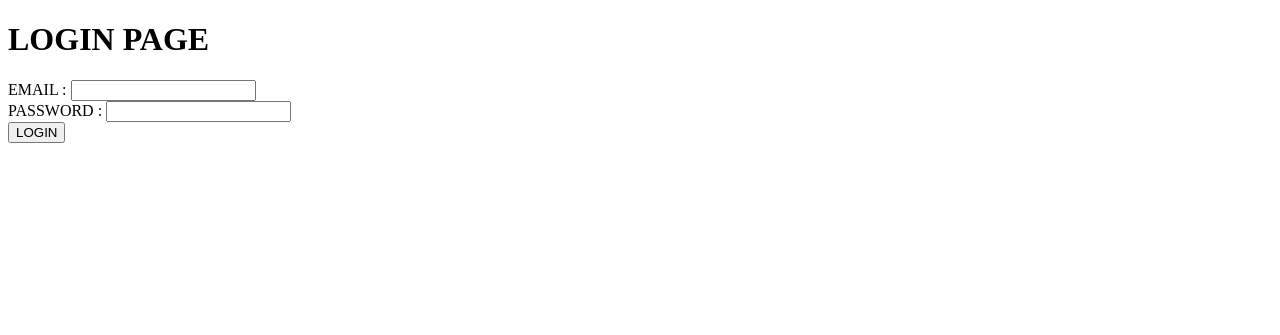
Repository: v-honey-b/Project02_BasicWebPage
Page: http://localhost/_jsp3_project/member/login.jsp
The author's editor kept a copy of each file at every save. The page is drawn from the files as they stood at one save, then again after the next save.
The browser window is 1280 px wide. The pictures show the whole page.
The page is served by Tomcat 9.

Above is the page before, as saved 2022-08-29 06:11:35.

After the next save:
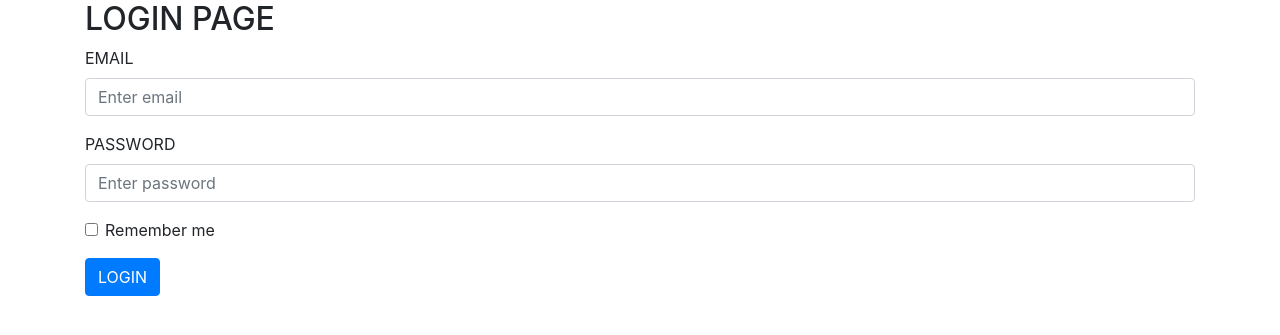
Saved 5 min 44 s later.
--- a/_jsp3_project/src/main/webapp/member/login.jsp
+++ b/_jsp3_project/src/main/webapp/member/login.jsp
@@ -2,6 +2,41 @@
     pageEncoding="UTF-8"%>
 <%@ taglib prefix="c" uri="http://java.sun.com/jsp/jstl/core" %>
 <!DOCTYPE html>
+<html lang="en">
+<head>
+  <title>LOGIN</title>
+  <meta charset="utf-8">
+  <meta name="viewport" content="width=device-width, initial-scale=1">
+  <link rel="stylesheet" href="https://cdn.jsdelivr.net/npm/bootstrap@4.6.1/dist/css/bootstrap.min.css">
+  <script src="https://cdn.jsdelivr.net/npm/jquery@3.6.0/dist/jquery.slim.min.js"></script>
+  <script src="https://cdn.jsdelivr.net/npm/popper.js@1.16.1/dist/umd/popper.min.js"></script>
+  <script src="https://cdn.jsdelivr.net/npm/bootstrap@4.6.1/dist/js/bootstrap.bundle.min.js"></script>
+</head>
+<body>
+
+<div class="container">
+  <h2>LOGIN PAGE</h2>
+  <orm action="/mem/login_auth" method="post">
+    <div class="form-group">
+      <label for="email">EMAIL</label>
+      <input type="email" class="form-control" id="email" placeholder="Enter email" name="email">
+    </div>
+    <div class="form-group">
+      <label for="pwd">PASSWORD</label>
+      <input type="password" class="form-control" id="pwd" placeholder="Enter password" name="pwd">
+    </div>
+    <div class="form-group form-check">
+      <label class="form-check-label">
+        <input class="form-check-input" type="checkbox" name="remember"> Remember me
+      </label>
+    </div>
+    <button type="submit" class="btn btn-primary">LOGIN</button>
+  </form>
+</div>
+
+</body>
+</html>
+<!-- <!DOCTYPE html>
 <html>
 <head>
 <meta charset="UTF-8">
@@ -15,4 +50,4 @@
 		<button type="submit">LOGIN</button>
 	</form>
 </body>
-</html>
+</html> -->
